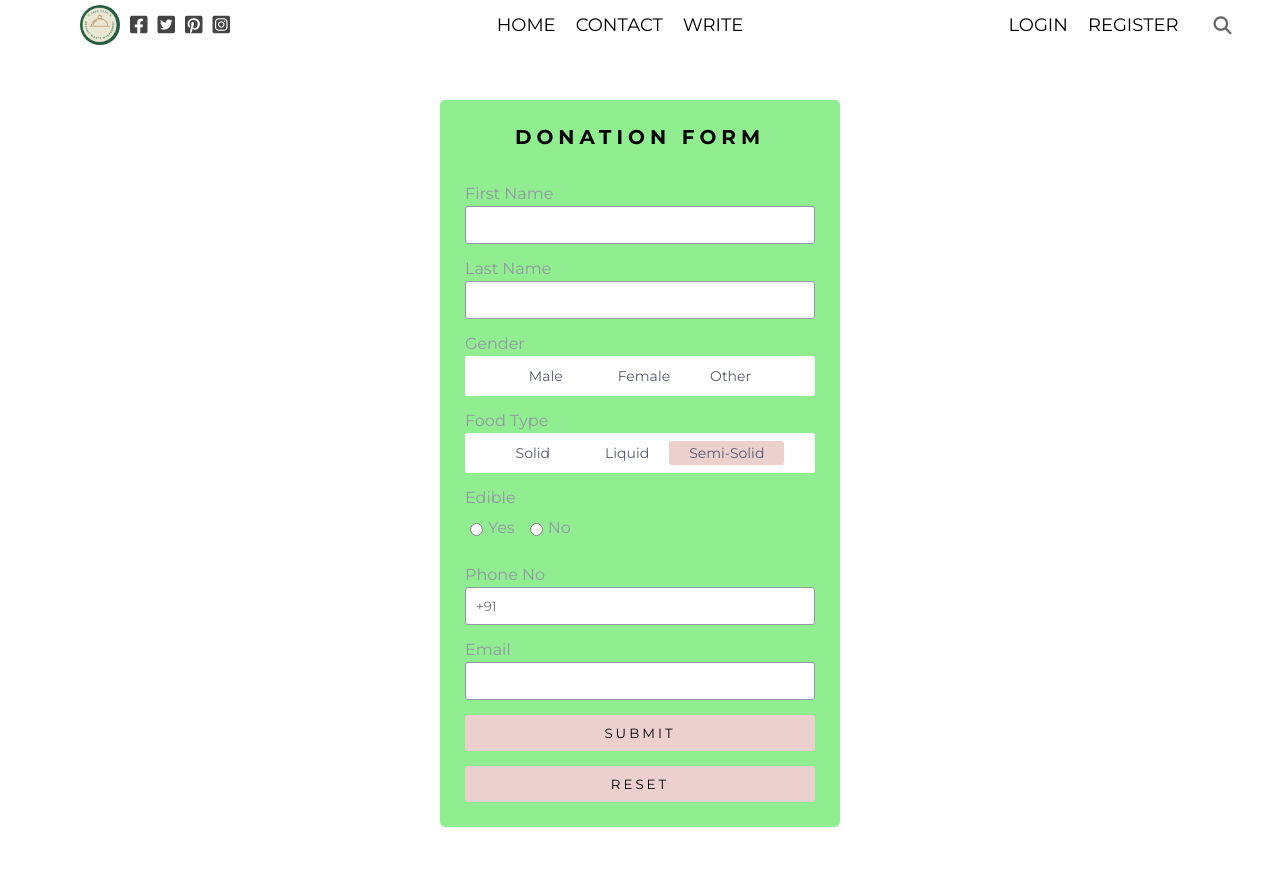
Repository: blsnabrhm/anna-daan
Page: /Contact (app in client/)
The author's editor kept a copy of each file at every save. The page is drawn from the files as they stood at one save, then again after the next save.
The browser window is 1280 px wide. The pictures show the whole page.
Some web libraries are served in a nearby version. The project was rebuilt for these pictures with package versions that can differ from the ones it lists, and the page was loaded fresh each time. Also part of the build but not shown: client/src/components/header/header.css, client/src/components/header/Header.jsx, client/src/components/posts/posts.css, client/src/components/posts/Posts.jsx, client/src/components/sidebar/sidebar.css, client/src/components/sidebar/SideBar.jsx, client/src/pages/home/home.css, client/src/pages/home/Home.jsx and 13 more. Imported but missing from the stored project, and not drawn on this page: client/src/components/post/Post.

Above is the page before, as saved 2022-04-22 08:34:05.

After the next save:
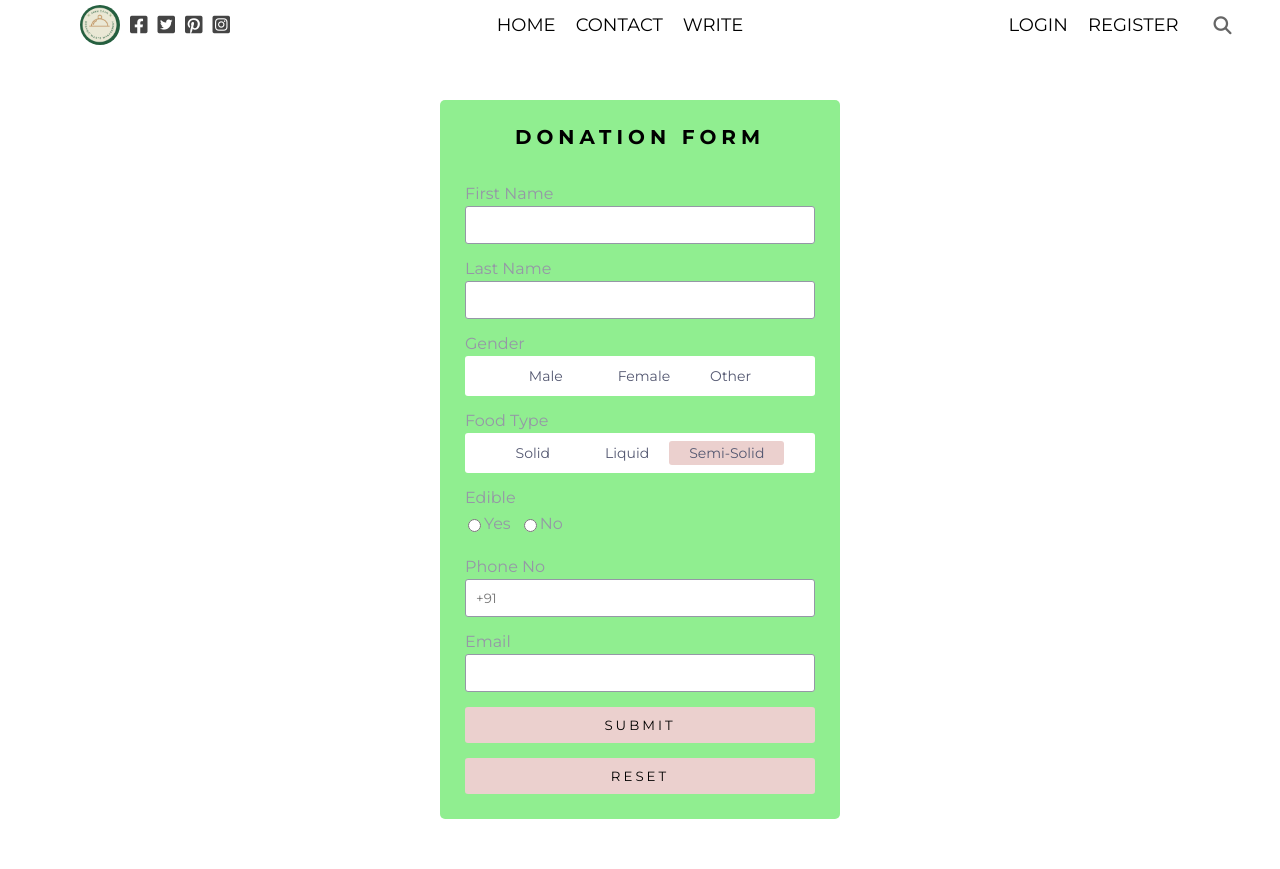
Saved 4 s later.
--- a/client/src/pages/contact/contact.css
+++ b/client/src/pages/contact/contact.css
@@ -21,7 +21,7 @@
     flex-wrap: wrap;
     margin-top: -1px;
     margin-right: 10px;
-    padding: 5px;
+    padding: 3px;
 }
 
 .wrapper{
